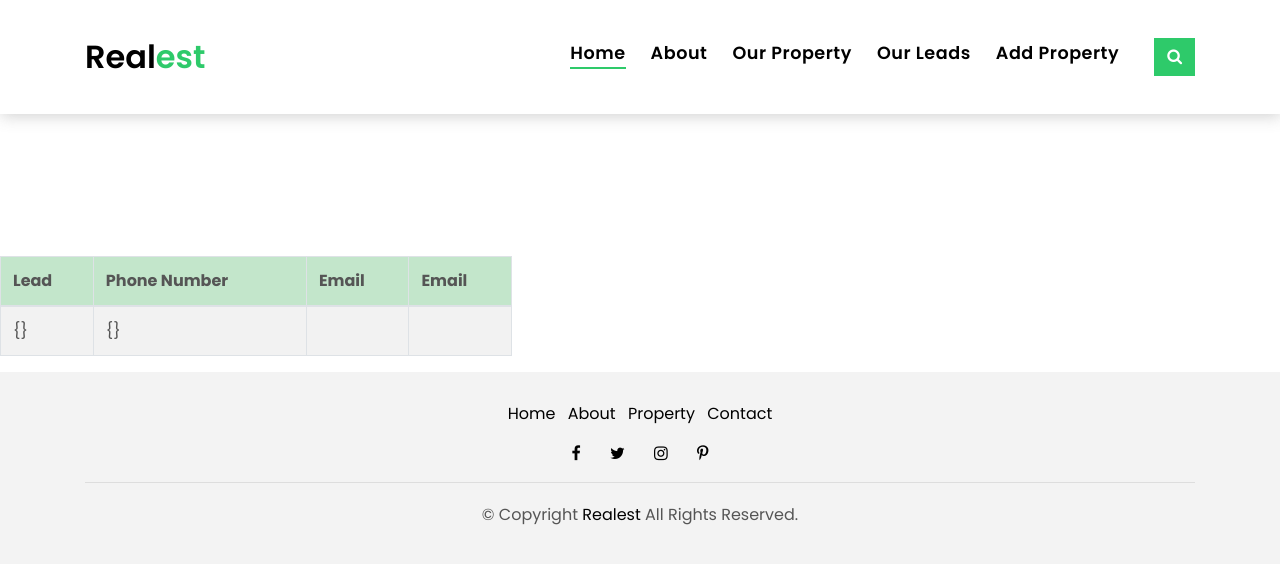
Repository: danaalhaji/realest
Page: http://localhost/realeast/WEB-INF/companyLeads.jsp
An editor plug-in stored every save of this project. The page is shown before and after the next save, followed by the edit.
The browser window is 1280 px wide. The pictures show the whole page.
The page is served by Tomcat 9. Nobody is signed in. Other server files are loaded and not shown. The template is opened directly, without the code that normally fills it, so the values that code supplies are empty.

Above is the page before, as saved 2022-11-23 07:52:39.

### realeast/src/main/webapp/WEB-INF/companyLeads.jsp
<%@ page language="java" contentType="text/html; charset=UTF-8"
	pageEncoding="UTF-8"%>
<!-- c:out ; c:forEach etc. -->
<%@taglib uri="http://java.sun.com/jsp/jstl/core" prefix="c"%>
<!-- Formatting (dates) -->
<%@taglib uri="http://java.sun.com/jsp/jstl/fmt" prefix="fmt"%>
<!-- form:form -->
<%@ taglib prefix="form" uri="http://www.springframework.org/tags/form"%>
<!-- for rendering errors on PUT routes -->
<%@ page isErrorPage="true"%>

<!DOCTYPE html>
<html lang="en">
<head>
<meta charset="utf-8" />
<title>Realest</title>
<meta content="width=device-width, initial-scale=1.0" name="viewport" />
<meta content="" name="keywords" />
<meta content="" name="description" />
<base href="/">

<!-- Bootstrap CSS File -->
<link rel="stylesheet" href="/webjars/bootstrap/css/bootstrap.min.css" />
<link rel="stylesheet" href="css/style.css" />
<!-- Google Fonts -->
<link
	href="https://fonts.googleapis.com/css?family=Poppins:300,400,500,600,700"
	rel="stylesheet" />
<link href="img/favicon1.png" rel="icon" />
<link href="img/apple-touch-icon.png" rel="apple-touch-icon" />
<!-- Libraries CSS Files -->
<link href="lib/font-awesome/css/font-awesome.min.css" rel="stylesheet" />
<link href="lib/animate/animate.min.css" rel="stylesheet" />
<link href="lib/ionicons/css/ionicons.min.css" rel="stylesheet" />
<link href="lib/owlcarousel/assets/owl.carousel.min.css"
	rel="stylesheet" />
<!-- JavaScript Libraries -->
<script src="lib/jquery/jquery.min.js" defer></script>
<script src="lib/jquery/jquery-migrate.min.js" defer></script>
<script src="/webjars/jquery/jquery.min.js" defer></script>
<script src="lib/scrollreveal/scrollreveal.min.js" defer></script>
<script src="lib/owlcarousel/owl.carousel.min.js" defer></script>
<script type="text/javascript" src="js/main.js" defer></script>
<script src="lib/popper/popper.min.js" defer></script>
<script src="lib/bootstrap/js/bootstrap.min.js" defer></script>
<script src="lib/easing/easing.min.js" defer></script>
<script src="/webjars/bootstrap/js/bootstrap.min.js" defer></script>
<script src="./libs/jquery/1.10.1/jquery.min.js"></script>
</head>
<body>
	<div class="click-closed"></div>
	<!--/ Form Search Star /-->
	<div class="box-collapse">
		<div class="title-box-d">
			<h3 class="title-d">Search Property</h3>
		</div>
		<span class="close-box-collapse right-boxed ion-ios-close"></span>
		<div class="box-collapse-wrap form">
			<form class="form-a">
				<div class="row">
					<div class="col-md-12 mb-2">
						<div class="form-group">
							<label for="Type">Location</label> <input type="text"
								class="form-control form-control-lg form-control-a"
								placeholder="Location" />
						</div>
					</div>
					<div class="col-md-6 mb-2">
						<div class="form-group">
							<label for="Type">Starting Price</label> <input type="number"
								class="form-control form-control-lg form-control-a"
								placeholder="Starting Price" />
						</div>
					</div>
					<div class="col-md-6 mb-2">
						<div class="form-group">
							<label for="Type">Ending Price</label> <input type="number"
								class="form-control form-control-lg form-control-a"
								placeholder="Ending Price" />
						</div>
					</div>
					<div class="col-md-6 mb-2">
						<div class="form-group">
							<label for="Type">Starting Area</label> <input type="number"
								class="form-control form-control-lg form-control-a"
								placeholder="Starting Area" />
						</div>
					</div>
					<div class="col-md-6 mb-2">
						<div class="form-group">
							<label for="Type">Ending Area</label> <input type="number"
								class="form-control form-control-lg form-control-a"
								placeholder="Ending Area" />
						</div>
					</div>
					<div class="col-md-6 mb-2">
						<div class="form-group">
							<label for="bathrooms">Status</label> <select
								class="form-control form-control-lg form-control-a"
								id="bathrooms">
								<option>Under Construction</option>
								<option>Move-in ready</option>
							</select>
						</div>
					</div>
					<div class="col-md-6 mb-2">
						<div class="form-group">
							<label for="price">Payment method</label> <select
								class="form-control form-control-lg form-control-a" id="price">
								<option>Cash</option>
								<option>Loans</option>
								<option>Cheques</option>
							</select>
						</div>
					</div>
					<div class="col-md-12">
						<button type="submit" class="btn btn-b">Search Property</button>
					</div>
				</div>
			</form>
		</div>
	</div>
	<!--/ Form Search End /-->

	<!--/ Nav Star /-->
	<nav
		class="navbar navbar-default navbar-trans navbar-expand-lg fixed-top">
		<div class="container">
			<button class="navbar-toggler collapsed" type="button"
				data-toggle="collapse" data-target="#navbarDefault"
				aria-controls="navbarDefault" aria-expanded="false"
				aria-label="Toggle navigation">
				<span></span> <span></span> <span></span>
			</button>
			<a class="navbar-brand text-brand" href="/">Real<span
				class="color-b">est</span></a>
			<button type="button"
				class="btn btn-link nav-search navbar-toggle-box-collapse d-md-none"
				data-toggle="collapse" data-target="#navbarTogglerDemo01"
				aria-expanded="false">
				<span class="fa fa-search" aria-hidden="true"></span>
			</button>
			<div></div>
			<div class="navbar-collapse collapse d-flex flex-row-reverse"
				id="navbarDefault">
				<ul class="navbar-nav">
					<li class="nav-item"><a class="nav-link active" href="/">Home</a></li>
					<li class="nav-item"><a class="nav-link" href="/about">About</a>
					</li>
					<li class="nav-item"><a class="nav-link"
						href="/companyProperty">Our Property</a></li>
					<li class="nav-item"><a class="nav-link" href="/companyLeads">Our
							Leads</a></li>
					<li class="nav-item"><a class="nav-link" href="new/project">Add
							Property</a></li>
					<li class="nav-item"><c:if test="${company_id != null}">
							<a href="/logoutcustomer" class="btn btn-dark btn-sm btn-block">Sign
								out</a>
						</c:if></li>
				</ul>
			</div>
			<button type="button"
				class="btn btn-b-n navbar-toggle-box-collapse d-none d-md-block"
				data-toggle="collapse" data-target="#navbarTogglerDemo01"
				aria-expanded="false">
				<span class="fa fa-search" aria-hidden="true"></span>
			</button>
		</div>
	</nav>


	<main style="margin-top: 20%; width: 40%;">
		<section class="trees-users-table">
			<table class="table table-striped table-bordered">
				<thead>
					<tr class="table-success">
						<th scope="col">Lead</th>
						<th scope="col">Phone Number</th>
						<th scope="col">Email</th>
						<th scope="col">Email</th>
					</tr>
				</thead>
				<tbody>

					<tr>
						<td>{}</td>
						<td>{}</td>
						<td></td>
						<td></td>
					</tr>

				</tbody>
			</table>
		</section>
	</main>


	<footer>
		<div class="container">
			<div class="row">
				<div class="col-md-12">
					<nav class="nav-footer">
						<ul class="list-inline">
							<li class="list-inline-item"><a href="#">Home</a></li>
							<li class="list-inline-item"><a href="/about">About</a></li>
							<li class="list-inline-item"><a href="/property">Property</a></li>
							<li class="list-inline-item"><a href="/contact">Contact</a></li>
						</ul>
					</nav>
					<div class="socials-a">
						<ul class="list-inline">
							<li class="list-inline-item"><a href="#"> <i
									class="fa fa-facebook" aria-hidden="true"></i>
							</a></li>
							<li class="list-inline-item"><a href="#"> <i
									class="fa fa-twitter" aria-hidden="true"></i>
							</a></li>
							<li class="list-inline-item"><a href="#"> <i
									class="fa fa-instagram" aria-hidden="true"></i>
							</a></li>
							<li class="list-inline-item"><a href="#"> <i
									class="fa fa-pinterest-p" aria-hidden="true"></i>
							</a></li>
						</ul>
					</div>
					<div class="copyright-footer">
						<p class="copyright color-text-a">
							&copy; Copyright <span class="color-a">Realest</span> All Rights
							Reserved.
						</p>
					</div>
				</div>
			</div>
		</div>
	</footer>
	<!--/ Footer End /-->

	<a href="#" class="back-to-top"><i class="fa fa-chevron-up"></i></a>
	<div id="preloader"></div>
</body>
</html>

Loaded but not shown: realeast/src/main/resources/static/lib/bootstrap/css/bootstrap.min.css (library); realeast/src/main/resources/static/lib/font-awesome/css/font-awesome.min.css (library); realeast/src/main/resources/static/lib/animate/animate.min.css (library); realeast/src/main/resources/static/lib/ionicons/css/ionicons.min.css (library); realeast/src/main/resources/static/lib/owlcarousel/assets/owl.carousel.min.css (library); realeast/src/main/resources/static/lib/jquery/jquery.min.js (library); realeast/src/main/resources/static/lib/jquery/jquery-migrate.min.js (library); realeast/src/main/resources/static/lib/scrollreveal/scrollreveal.min.js (library); realeast/src/main/resources/static/lib/owlcarousel/owl.carousel.min.js (library); realeast/src/main/resources/static/lib/popper/popper.min.js (library); realeast/src/main/resources/static/lib/bootstrap/js/bootstrap.min.js (library); realeast/src/main/resources/static/lib/easing/easing.min.js (common file); realeast/src/main/resources/static/js/main.js (150 lines, source omitted); realeast/src/main/resources/static/css/style.css (2038 lines, source omitted)

After the next save:
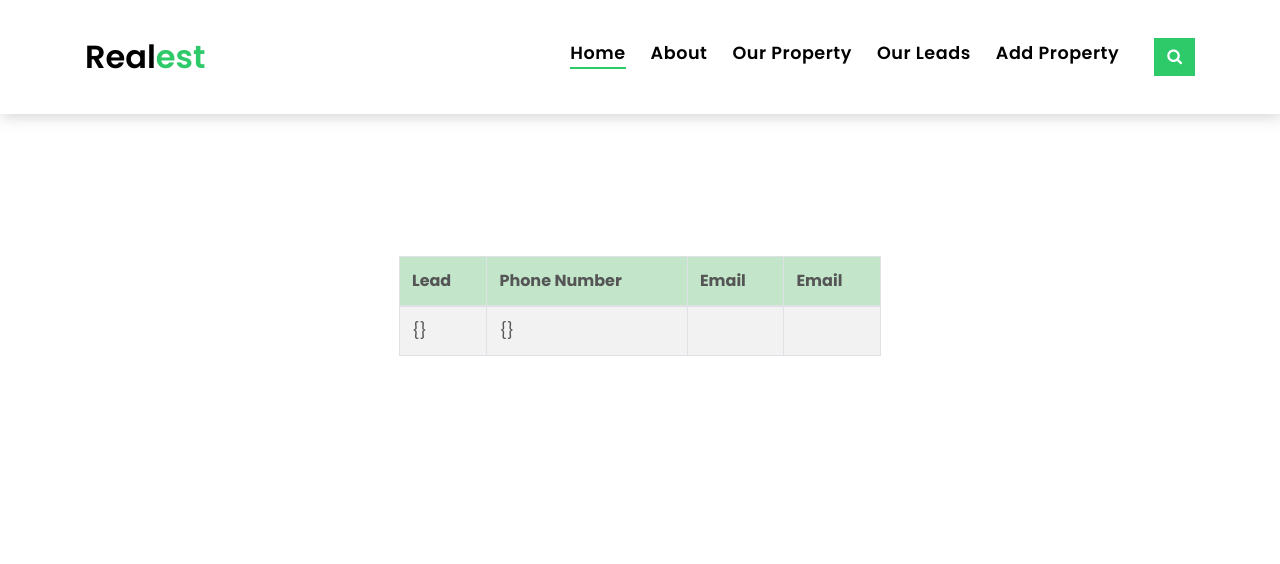
Saved 57 s later.
--- a/realeast/src/main/webapp/WEB-INF/companyLeads.jsp
+++ b/realeast/src/main/webapp/WEB-INF/companyLeads.jsp
@@ -169,7 +169,7 @@
 	</nav>
 
 
-	<main style="margin-top: 20%; width: 40%;">
+	<main style="margin-top: 20%; width: 40%;" class="container">
 		<section class="trees-users-table">
 			<table class="table table-striped table-bordered">
 				<thead>
@@ -195,45 +195,6 @@
 	</main>
 
 
-	<footer>
-		<div class="container">
-			<div class="row">
-				<div class="col-md-12">
-					<nav class="nav-footer">
-						<ul class="list-inline">
-							<li class="list-inline-item"><a href="#">Home</a></li>
-							<li class="list-inline-item"><a href="/about">About</a></li>
-							<li class="list-inline-item"><a href="/property">Property</a></li>
-							<li class="list-inline-item"><a href="/contact">Contact</a></li>
-						</ul>
-					</nav>
-					<div class="socials-a">
-						<ul class="list-inline">
-							<li class="list-inline-item"><a href="#"> <i
-									class="fa fa-facebook" aria-hidden="true"></i>
-							</a></li>
-							<li class="list-inline-item"><a href="#"> <i
-									class="fa fa-twitter" aria-hidden="true"></i>
-							</a></li>
-							<li class="list-inline-item"><a href="#"> <i
-									class="fa fa-instagram" aria-hidden="true"></i>
-							</a></li>
-							<li class="list-inline-item"><a href="#"> <i
-									class="fa fa-pinterest-p" aria-hidden="true"></i>
-							</a></li>
-						</ul>
-					</div>
-					<div class="copyright-footer">
-						<p class="copyright color-text-a">
-							&copy; Copyright <span class="color-a">Realest</span> All Rights
-							Reserved.
-						</p>
-					</div>
-				</div>
-			</div>
-		</div>
-	</footer>
-	<!--/ Footer End /-->
 
 	<a href="#" class="back-to-top"><i class="fa fa-chevron-up"></i></a>
 	<div id="preloader"></div>
